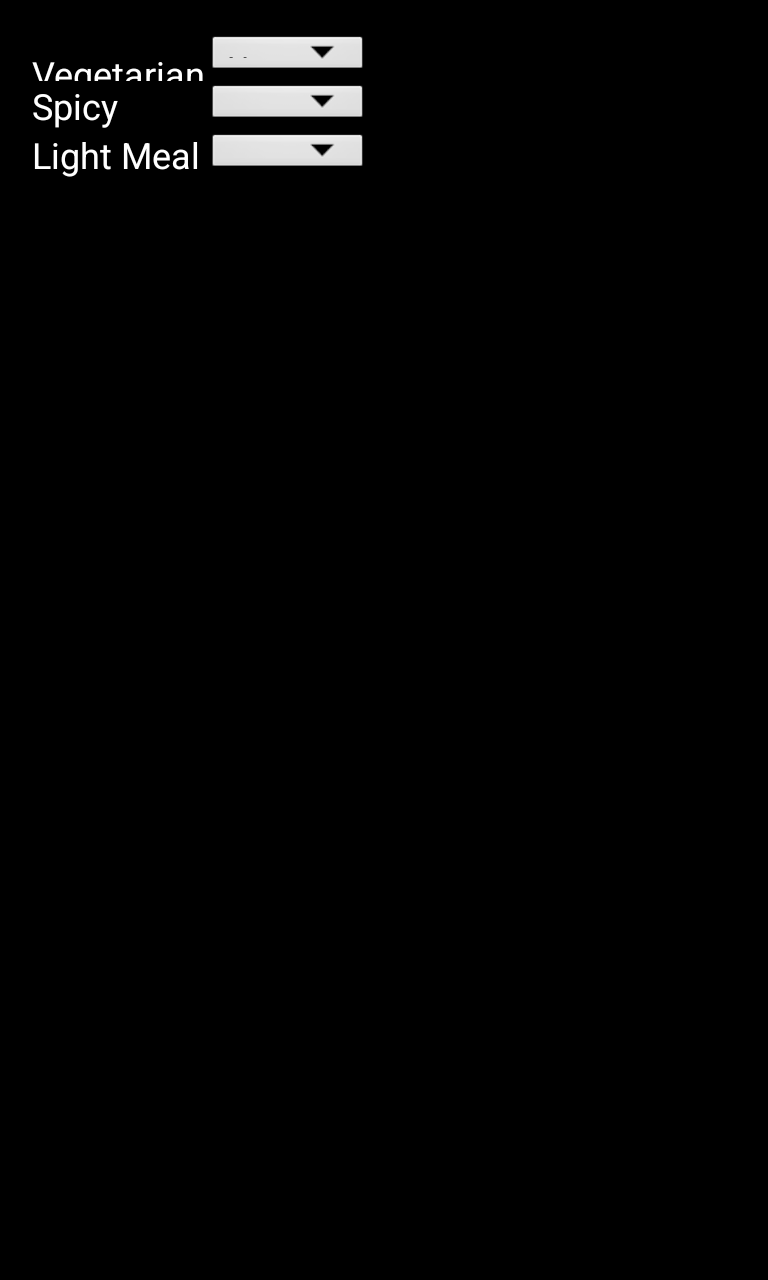
Repository: imhossu/FeedJulia
Layout: FeedJulia/res/layout/activity_survey.xml
These files come from the project's save history. The layout is drawn as it stood at one moment and after the next save; the edit follows.
It is drawn on a 768 x 1280 px phone screen (xhdpi) without system bars, with theme android:Theme.NoTitleBar; the app's code is not run.

Above is the layout before, as saved 2014-01-26 01:56:30.

### FeedJulia/res/layout/activity_survey.xml
<LinearLayout xmlns:android="http://schemas.android.com/apk/res/android"
    xmlns:tools="http://schemas.android.com/tools"
    android:layout_width="match_parent"
    android:layout_height="match_parent"
    android:columnCount="1"
    android:paddingBottom="@dimen/activity_vertical_margin"
    android:paddingLeft="@dimen/activity_horizontal_margin"
    android:paddingRight="@dimen/activity_horizontal_margin"
    android:paddingTop="@dimen/activity_vertical_margin"
    tools:context=".Survey" >

    <TableLayout
        android:layout_width="match_parent"
        android:layout_height="match_parent"
        android:layout_column="0"
        android:layout_gravity="left|top"
        android:layout_row="0" >

        <TableRow
            android:id="@+id/tableRow1"
            android:layout_width="wrap_content"
            android:layout_height="wrap_content" >

        </TableRow>

        <TableRow
            android:id="@+id/tableRow2"
            android:layout_width="wrap_content"
            android:layout_height="wrap_content" >

            <TextView
                android:id="@+id/TextView01"
                android:layout_width="wrap_content"
                android:layout_height="wrap_content"
                android:text="Vegetarian"
                android:textAppearance="?android:attr/textAppearanceMedium" />

            <Spinner
                android:id="@+id/Spinner01"
                android:layout_width="match_parent"
                android:layout_height="match_parent"
                android:entries="@array/options"/>
        </TableRow>

        <TableRow
            android:id="@+id/tableRow3"
            android:layout_width="wrap_content"
            android:layout_height="wrap_content" >

            <TextView
                android:id="@+id/TextView02"
                android:layout_width="wrap_content"
                android:layout_height="wrap_content"
                android:text="Spicy"
                android:textAppearance="?android:attr/textAppearanceMedium" />

            <Spinner
                android:id="@+id/Spinner02"
                android:layout_width="match_parent"
                android:layout_height="match_parent" />
        </TableRow>

        <TableRow
            android:id="@+id/tableRow4"
            android:layout_width="wrap_content"
            android:layout_height="wrap_content" >

            <TextView
                android:id="@+id/textView3"
                android:layout_width="wrap_content"
                android:layout_height="wrap_content"
                android:text="Light Meal"
                android:textAppearance="?android:attr/textAppearanceMedium" />

            <Spinner
                android:id="@+id/spinner3"
                android:layout_width="match_parent"
                android:layout_height="match_parent" />
        </TableRow>

    </TableLayout>

</LinearLayout>

### FeedJulia/res/values/strings.xml
<?xml version="1.0" encoding="utf-8"?>
<resources>

    <string name="app_name">FeedJulia</string>
    <string name="action_settings">Settings</string>
    <string name="hello_world">Hello world!</string>
    <string name="title_activity_survey">Survey</string>

    <string-array name="options">
        <item>No</item>
        <item>Neutral</item>
        <item>Yes</item>
    </string-array>

</resources>

Loaded but not shown: FeedJulia/res/values/dimens.xml (common file)

After the next save:
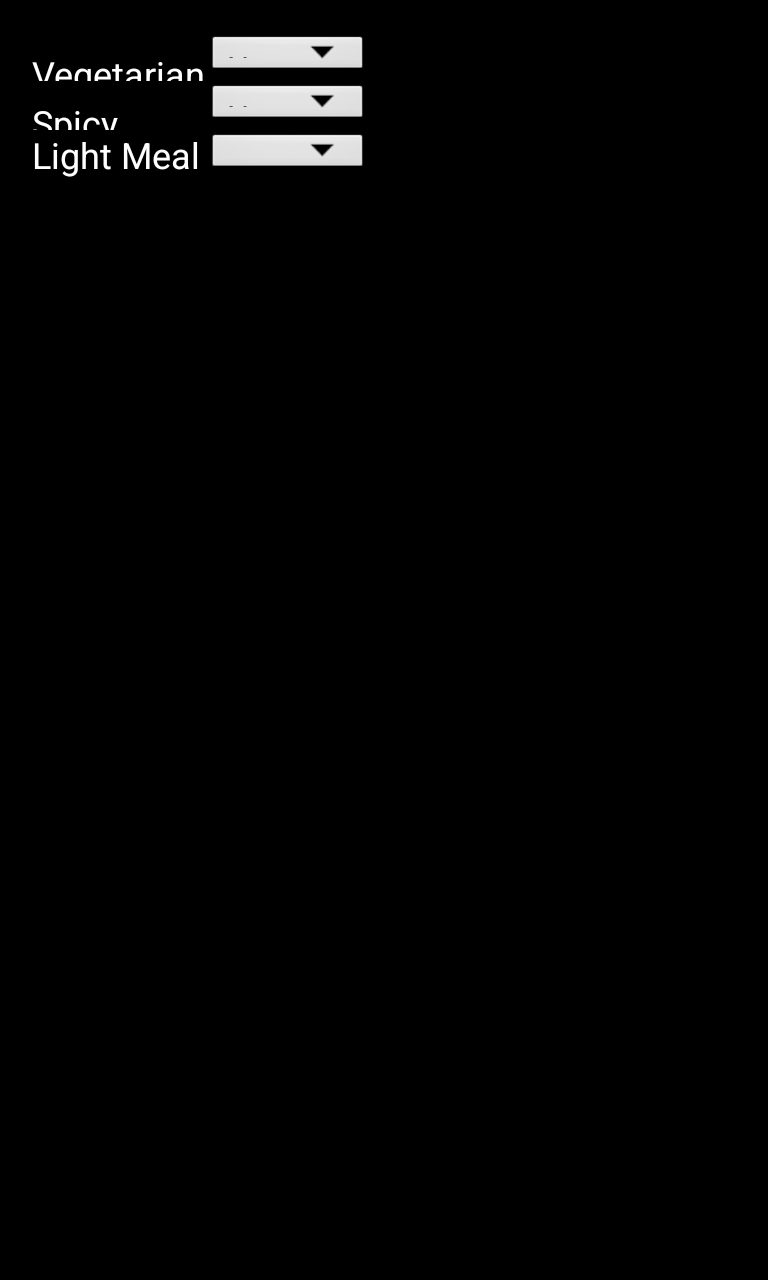
Saved 6 min 6 s later.
--- a/FeedJulia/res/layout/activity_survey.xml
+++ b/FeedJulia/res/layout/activity_survey.xml
@@ -57,7 +57,8 @@
             <Spinner
                 android:id="@+id/Spinner02"
                 android:layout_width="match_parent"
-                android:layout_height="match_parent" />
+                android:layout_height="match_parent"
+                android:entries="@array/options"/>
         </TableRow>
 
         <TableRow
